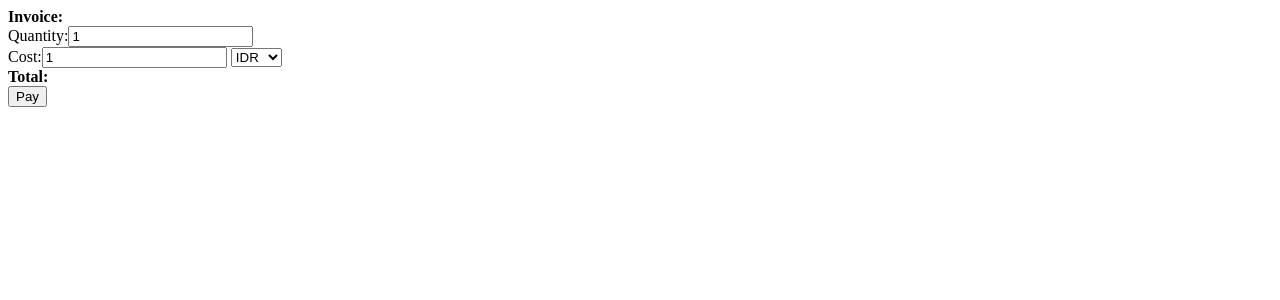
Repository: emriti/BO_SOA_Angular
Page: AngularClient/WebContent/Sampel.html
An editor plug-in stored every save of this project. The page is shown before and after the next save, followed by the edit.
The browser window is 1280 px wide. The pictures show the whole page.

Above is the page before, as saved 2016-08-30 05:33:16.

After the next save:
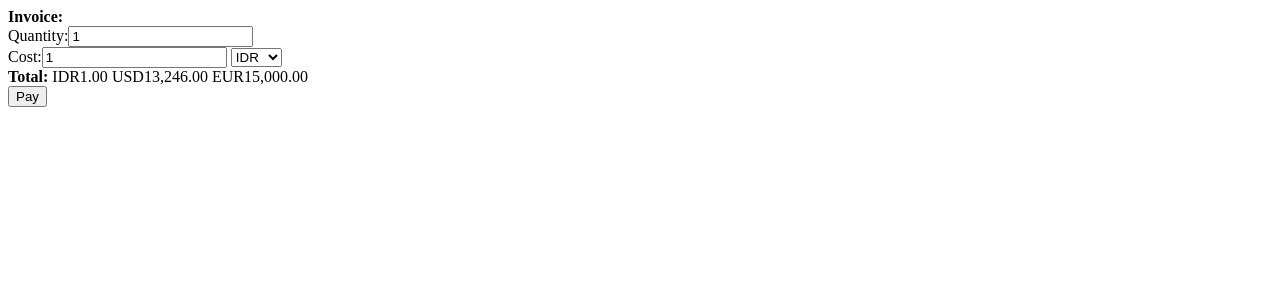
Saved 114 s later.
--- a/AngularClient/WebContent/scripts/invoice1.js
+++ b/AngularClient/WebContent/scripts/invoice1.js
@@ -12,7 +12,7 @@
 				};
 
 				this.total = function total(outCurr) {
-					return this.convertCurrency(this.qty * this.cost, this.inCurr, this.outCurr);
+					return this.convertCurrency(this.qty * this.cost, this.inCurr, outCurr);
 				};
 
 				this.convertCurrency = function convertCurrency(amount, inCurr, outCurr) {
